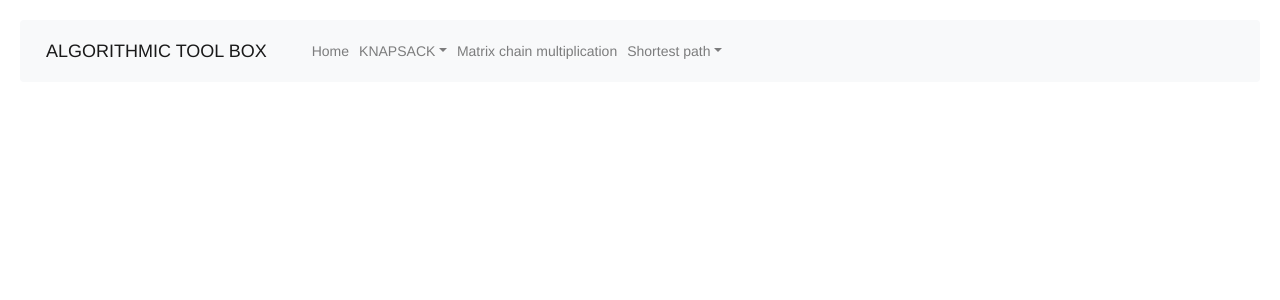
Repository: vinaybabu3962/ALGORITHMIC-TOOLBOX
Page: DAA_WT/webapp/index.html
An editor plug-in stored every save of this project. The page is shown before and after the next save, followed by the edit.
The browser window is 1280 px wide. The pictures show the whole page.
Some web libraries are served in a nearby version.

Above is the page before, as saved 2021-07-06 14:31:41.

### DAA_WT/webapp/index.html
<!DOCTYPE html>
<html lang="en">
<head>
<meta charset="utf-8">
<meta name="viewport" content="width=device-width, initial-scale=1">
<title>Bootstrap 4 Dropdowns within a Navbar</title>
<link rel="stylesheet" href="https://cdn.jsdelivr.net/npm/bootstrap@4.6.0/dist/css/bootstrap.min.css">
<script src="https://code.jquery.com/jquery-3.5.1.min.js"></script>
<script src="https://cdn.jsdelivr.net/npm/bootstrap@4.6.0/dist/js/bootstrap.bundle.min.js"></script>
<script src="//ajax.googleapis.com/ajax/libs/jquery/1.11.0/jquery.min.js"></script>
<script src="//netdna.bootstrapcdn.com/bootstrap/3.1.1/js/bootstrap.min.js"></script>
<link rel="stylesheet" type="text/css" href="//netdna.bootstrapcdn.com/bootstrap/3.1.1/css/bootstrap.min.css">
<style>
	.bs-example{
    	margin: 20px;
    }
</style>
</head>
<body>
<div class="bs-example">
    <nav class="navbar navbar-expand-md navbar-light bg-light">
        <a href="#" class="navbar-brand">ALGORITHMIC TOOL BOX</a>
        <button type="button" class="navbar-toggler" data-toggle="collapse" data-target="#navbarCollapse">
            <span class="navbar-toggler-icon"></span>
        </button>
        <div id="navbarCollapse" class="collapse navbar-collapse">
            <ul class="nav navbar-nav">
                <li class="nav-item">
                    <a href="#" class="nav-link">Home</a>
                </li>

                <li class="nav-item dropdown">
                    <a href="#" class="nav-link dropdown-toggle" data-toggle="dropdown">KNAPSACK</a>
                    <div class="dropdown-menu">
                    	<a href="GreedyKnapsack.html" class="dropdown-item">Greedy Knapsack</a>
  						<a href="KnapSackDP.html" class="dropdown-item">Knapsack using DP</a>

                    </div>
                </li>
                <li class="nav-item">
                  <a href="MatrixChainMultiplication.html" class="nav-link">Matrix chain multiplication</a>

                </li>
                <li class="nav-item dropdown">
                    <a href="#" class="nav-link dropdown-toggle" data-toggle="dropdown">Shortest path</a>
                    <div class="dropdown-menu">
                     	<a href="Dijkstras.html" class="dropdown-item">Dijkstras shortest path</a>
  						<a href="BellmanFord.html" class="dropdown-item">Bellman Ford Algorithm</a>

                    </div>
                </li>
            </ul>

        </div>
    </nav>
</div>
</body>
</html>

After the next save:
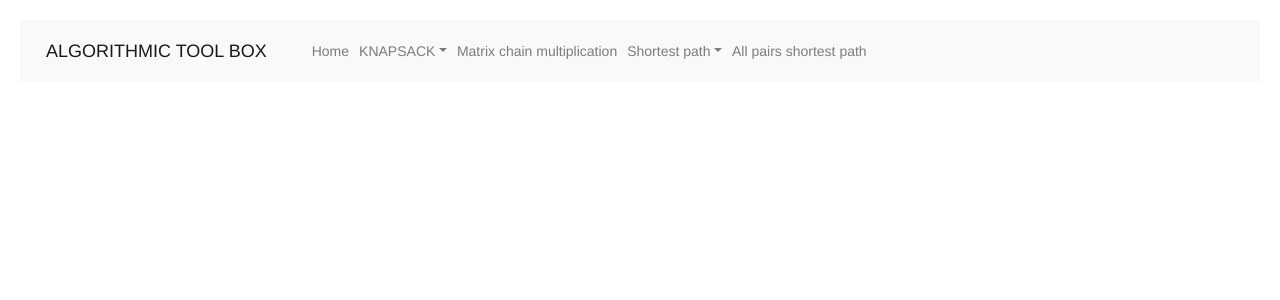
Saved 52 s later.
--- a/DAA_WT/webapp/index.html
+++ b/DAA_WT/webapp/index.html
@@ -49,6 +49,10 @@
 
                     </div>
                 </li>
+                 <li class="nav-item">
+
+                  <a href="FloydWarshall.html" class="nav-link">All pairs shortest path</a>
+                </li>
             </ul>
 
         </div>
